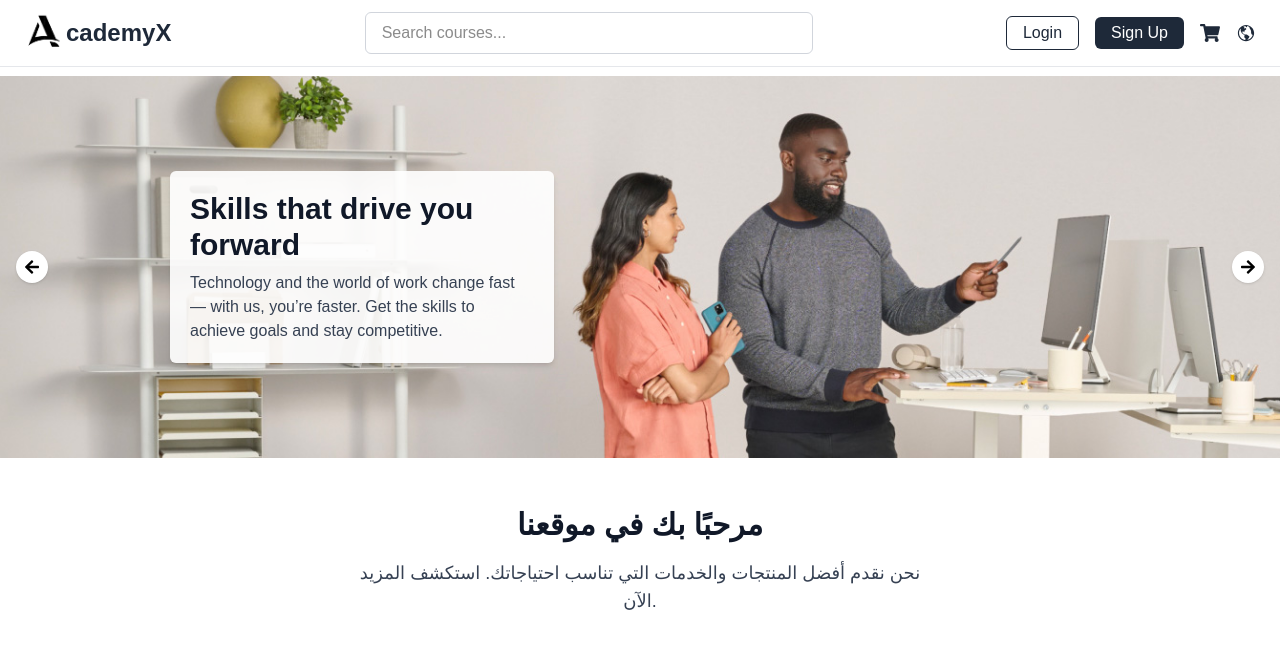
Repository: MohamedSalah54/full-stack-e-learning
Page: / (app in frontend/)
These files come from the project's save history. The page is drawn as it stood at one moment and after the next save; the edit follows.
The browser window is 1280 px wide. The pictures show the whole page.
The project was rebuilt for these pictures with package versions that can differ from the ones it lists, and the page was loaded fresh each time. The framework's server and built-in components were replaced by stand-ins that run in the browser. Also part of the build but not shown: frontend/next.config.ts.

Above is the page before, as saved 2025-06-15 13:49:43.

### frontend/src/app/layout.tsx
import type { Metadata } from "next";
import { Geist, Geist_Mono } from "next/font/google";
import "./globals.css";
import { Providers } from "@/app/providers";
import Navbar from "@/components/Navbar";

const geistSans = Geist({
  variable: "--font-geist-sans",
  subsets: ["latin"],
});

const geistMono = Geist_Mono({
  variable: "--font-geist-mono",
  subsets: ["latin"],
});

export const metadata: Metadata = {
  title: "Create Next App",
  description: "Generated by create next app",
};

export default function RootLayout({
  children,
}: Readonly<{
  children: React.ReactNode;
}>) {
  return (
    <html lang="en">
      <body
        className={`${geistSans.variable} ${geistMono.variable} antialiased`}
      >
        <Navbar/>
        <Providers>{children}</Providers>

      </body>
    </html>
  );
}

### frontend/src/app/page.tsx
import HeroBannerSlider from "@/components/home/HeroBannerSlider"

const Home = () => {
  return (
    <main className="flex flex-col items-center justify-center">
        <HeroBannerSlider/>
    </main>
  )
}

export default Home

### frontend/src/app/providers.jsx
'use client';

import { Provider } from 'react-redux';
import { store } from '@/redux/store/store';
export function Providers({ children }) {
  return <Provider store={store}>{children}</Provider>;
}

### frontend/src/components/Navbar.tsx
'use client';
import { FaShoppingCart } from 'react-icons/fa';
import { IoMdGlobe } from 'react-icons/io';
import { useRouter } from 'next/navigation';

export default function Navbar() {
  const router = useRouter();
  return (
    <nav className="bg-white shadow-sm border-b border-gray-200 py-3 px-6">
      <div className="max-w-7xl mx-auto flex items-center justify-between">
        {/* Left - Logo */}
        <div className="flex items-center cursor-pointer" onClick={()=> router.push('/')}>
          <div className="relative h-10 w-10 mr-[-2px] " >
            <img
              src="/logo.png"
              alt="Logo"
              className="h-full w-full object-contain block"
            />
          </div>
          <span className="text-2xl font-bold text-gray-800 leading-none ml-1">
            cademyX
          </span>
        </div>

        {/* Middle - Search */}
        <div className="flex-1 max-w-md mx-4">
          <input
            type="text"
            placeholder="Search courses..."
            className="w-full border border-gray-300 rounded-md px-4 py-2 focus:outline-none focus:ring-1 focus:ring-gray-800"
          />
        </div>

        {/* Right - Buttons */}
        <div className="flex items-center space-x-4">
          <button className="px-4 py-1 border border-gray-800 text-gray-800 rounded-md hover:bg-gray-100 transition cursor-pointer" onClick={()=>router.push('/auth/login')}>
            Login
          </button>
          <button className="px-4 py-1 bg-gray-800 text-white rounded-md hover:bg-gray-700 transition cursor-pointer" onClick={()=>router.push('/auth/register')} >
            Sign Up
          </button>
          <FaShoppingCart className="text-gray-800 text-xl cursor-pointer hover:scale-110 transition " />
          <IoMdGlobe className="text-gray-800 text-xl cursor-pointer hover:scale-110 transition " />
        </div>
      </div>
    </nav>
  );
}

### frontend/src/components/home/HeroBannerSlider.tsx
"use client";

import React, { useState } from "react";
import { FaArrowLeft, FaArrowRight } from "react-icons/fa";
import { heroSlides } from "@/constants";

const slides = heroSlides

const HeroBannerSlider = () => {
  const [current, setCurrent] = useState(0);

  const nextSlide = () => {
    setCurrent((prev) => (prev + 1) % slides.length);
  };

  const prevSlide = () => {
    setCurrent((prev) => (prev - 1 + slides.length) % slides.length);
  };

  return (
    <>
 <section className="w-full h-[400px] relative overflow-hidden bg-white">
  {/* Image with transition */}
  <div className="w-full h-full relative">
    {slides.map((slide, index) => (
      <img
        key={index}
        src={slide.image}
        alt="Hero"
        className={`absolute top-0 left-0 w-full h-full object-contain transition-opacity duration-700 ${
          index === current ? "opacity-100 z-10" : "opacity-0 z-0"
        }`}
      />
    ))}
  </div>

  {/* Text box inside image */}
  <div className="absolute top-1/2 left-[170px] transform -translate-y-1/2 z-30">
    <div className="bg-white/90 p-5 rounded-md max-w-sm shadow-md">
      <h1 className="text-2xl lg:text-3xl font-bold text-gray-900 mb-2">
        {slides[current].title}
      </h1>
      <p className="text-gray-700 text-base">{slides[current].description}</p>
    </div>
  </div>

  {/* Arrows */}
  <button
    onClick={prevSlide}
    className="absolute top-1/2 left-4 transform -translate-y-1/2 bg-white text-black p-2 rounded-full shadow hover:bg-gray-200 z-40"
  >
    <FaArrowLeft />
  </button>
  <button
    onClick={nextSlide}
    className="absolute top-1/2 right-4 transform -translate-y-1/2 bg-white text-black p-2 rounded-full shadow hover:bg-gray-200 z-40"
  >
    <FaArrowRight />
  </button>
</section>

{/* New text below the image section */}
<div className="w-full text-center py-10 bg-white">
  <h1 className="text-3xl font-bold text-gray-900 mb-4">مرحبًا بك في موقعنا</h1>
  <p className="text-lg text-gray-700 max-w-xl mx-auto">
    نحن نقدم أفضل المنتجات والخدمات التي تناسب احتياجاتك. استكشف المزيد الآن.
  </p>
</div>
</>

  );
};

export default HeroBannerSlider;

### frontend/src/constants/index.ts
//Home Page
export const heroSlides  = [
  {
    image: "/banner1.jpg",
    title: "Skills that drive you forward",
    description: "Technology and the world of work change fast — with us, you’re faster. Get the skills to achieve goals and stay competitive.",
  },
  {
    image: "/banner2.jpg",
    title: "Learning that gets you",
    description: "Skills for your present (and your future). Get started with us.",
  },
];

Loaded but not shown: frontend/src/app/globals.css (common file); frontend/src/redux/store/store.ts (common file)

After the next save:
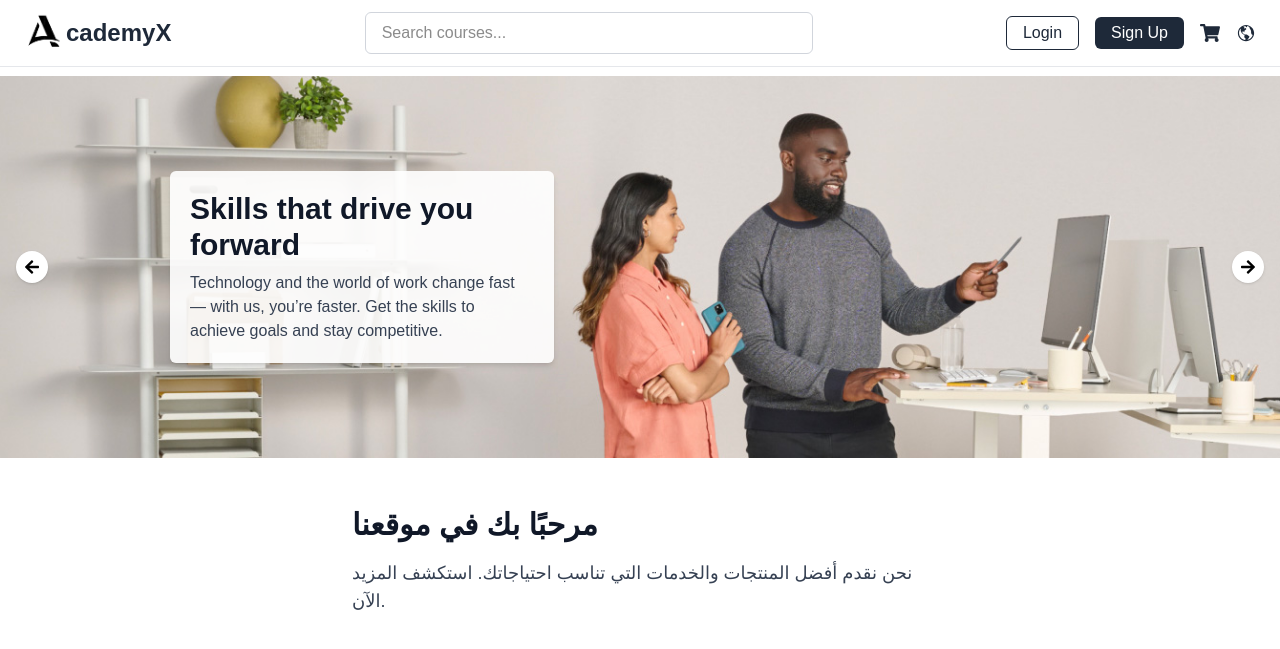
Saved 52 s later.
--- a/frontend/src/components/home/HeroBannerSlider.tsx
+++ b/frontend/src/components/home/HeroBannerSlider.tsx
@@ -60,12 +60,15 @@
 </section>
 
 {/* New text below the image section */}
-<div className="w-full text-center py-10 bg-white">
-  <h1 className="text-3xl font-bold text-gray-900 mb-4">مرحبًا بك في موقعنا</h1>
-  <p className="text-lg text-gray-700 max-w-xl mx-auto">
-    نحن نقدم أفضل المنتجات والخدمات التي تناسب احتياجاتك. استكشف المزيد الآن.
-  </p>
+<div className="w-full py-10 bg-white">
+  <div className="max-w-xl mx-auto text-left">
+    <h1 className="text-3xl font-bold text-gray-900 mb-4">مرحبًا بك في موقعنا</h1>
+    <p className="text-lg text-gray-700">
+      نحن نقدم أفضل المنتجات والخدمات التي تناسب احتياجاتك. استكشف المزيد الآن.
+    </p>
+  </div>
 </div>
+
 </>
 
   );
